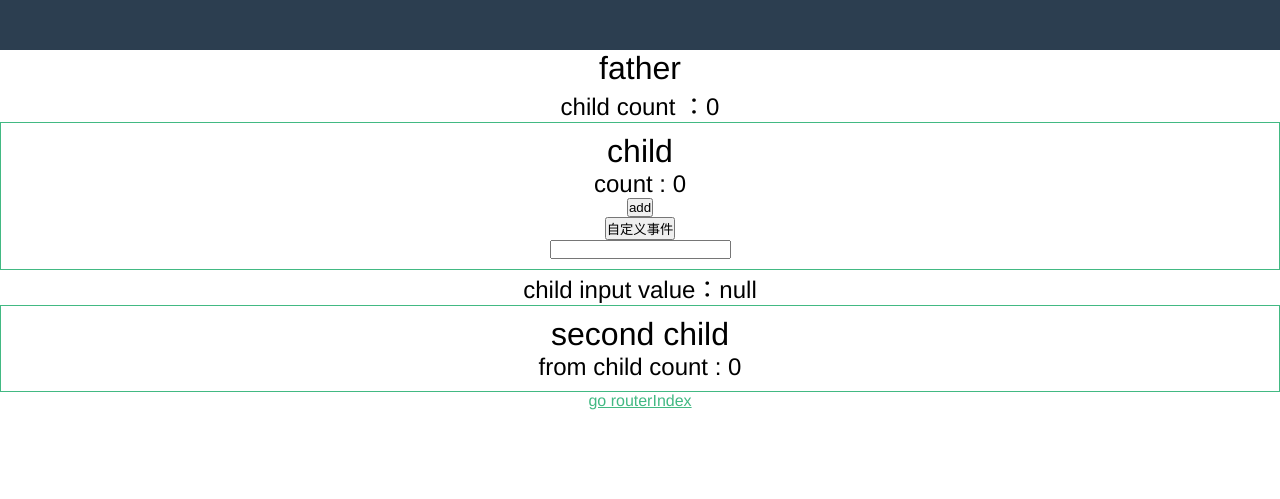
Repository: NotTooTwo/vueRouter
Page: /
These files come from the project's save history. The page is drawn as it stood at one moment and after the next save; the edit follows.
The browser window is 1280 px wide. The pictures show the whole page.
The project was rebuilt for these pictures with package versions that can differ from the ones it lists, and the page was loaded fresh each time. Also part of the build but not shown: src/components/routerTest/routerIndex.vue.

Above is the page before, as saved 2018-03-13 15:24:15.

After the next save:
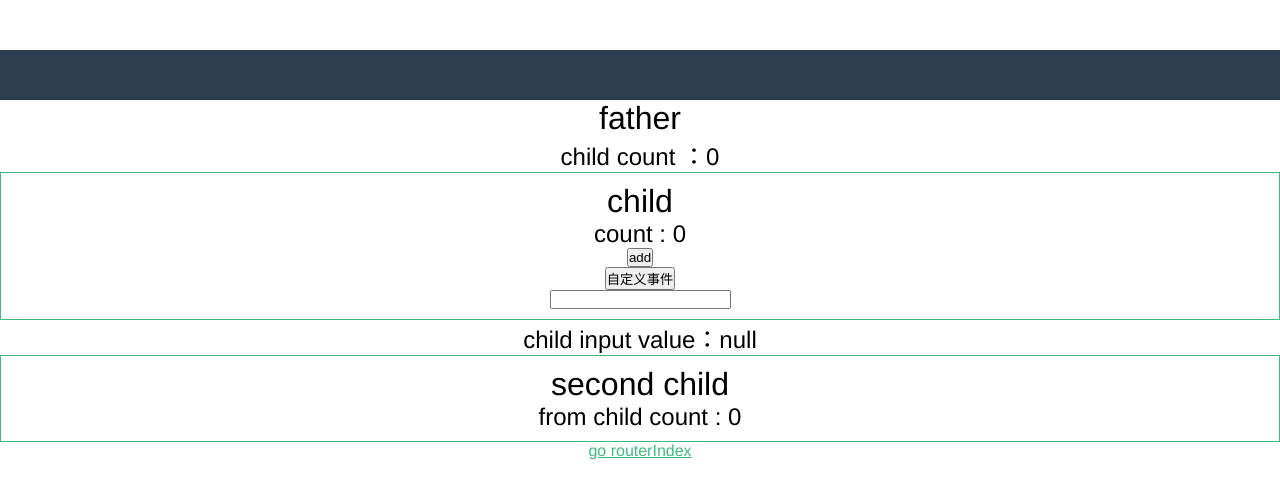
Saved 28 s later.
--- a/src/App.vue
+++ b/src/App.vue
@@ -22,6 +22,7 @@ export default {
   -webkit-font-smoothing: antialiased;
   -moz-osx-font-smoothing: grayscale;
   text-align: center;
+  padding-top: 50px
 }
 #app .back{
   height: 50px;
